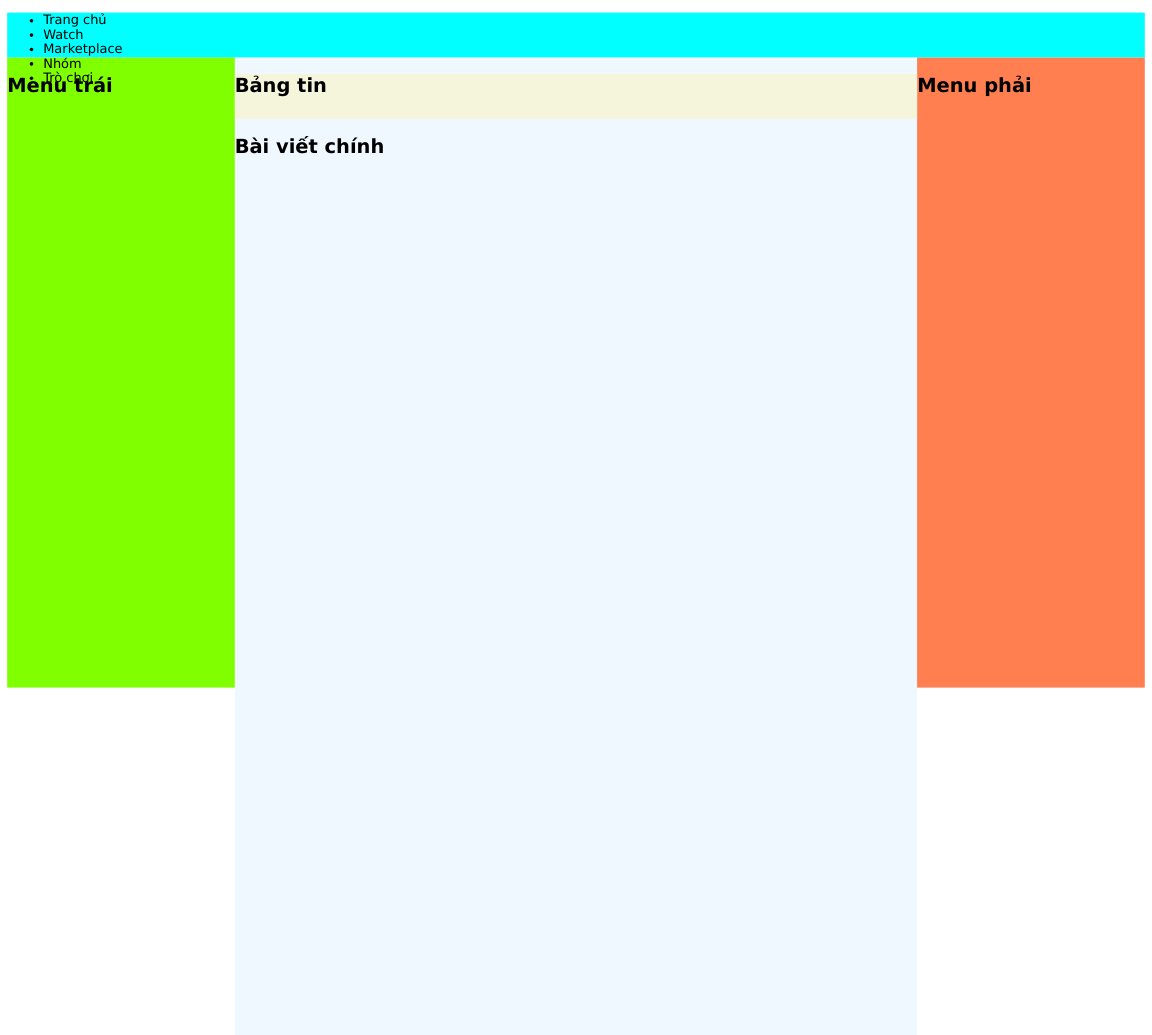
Repository: congle98/CSS_LayoutFacebookCoBan
Page: index.html
An editor plug-in stored every save of this project. The page is shown before and after the next save, followed by the edit.
The browser window is 1280 px wide. The pictures show the whole page, at 90% of full size.

Above is the page before, as saved 2021-05-26 15:40:34.

### index.html
<!DOCTYPE html>
<html lang="en">
<head>
    <meta charset="UTF-8">
    <meta http-equiv="X-UA-Compatible" content="IE=edge">
    <meta name="viewport" content="width=device-width, initial-scale=1.0">
    <title>Document</title>
    <style>
        body {
            font-family: Verdana,sans-serif;
            font-size: 0.9em;
        }
        header{
            top: 0px;
            background-color: cyan;
            width: 100%;
            height: 50px;

        }
        #sidebar-left{
            width: 20%;

            float: left;
            background-color: chartreuse;
            height: 700px;
        }
        section{
            float: left;
            width: 60%;
            background-color:aliceblue;
        }
        #sidebar-right{
            float: right;
            width: 20%;
            background-color:coral;
            height: 700px;
        }
        #article-1{
            padding-top: ;
            position:relative;
            height: 50px;
            background-color:beige;
        }
        #article-2{
            position:relative;
            height: 1000px;
        }

    </style>
</head>
<body>
    <header>
        <nav>
            <ul>
                <li>Trang chủ</li>
                <li>Watch</li>
                <li>Marketplace</li>
                <li>Nhóm</li>
                <li>Trò chơi</li>
            </ul>
        </nav>
    </header>
    <div id="sidebar-left">
        <h2>Menu trái</h2>
    </div>
    <section>
        <article id="article-1">
            <h2>Bảng tin</h2>
        </article>
        <article id="article-2">
            <h2>Bài viết chính</h2>
        </article>
    </section>
    <div id="sidebar-right">
        <h2>Menu phải</h2>
    </div>
</body>
</html>

After the next save:
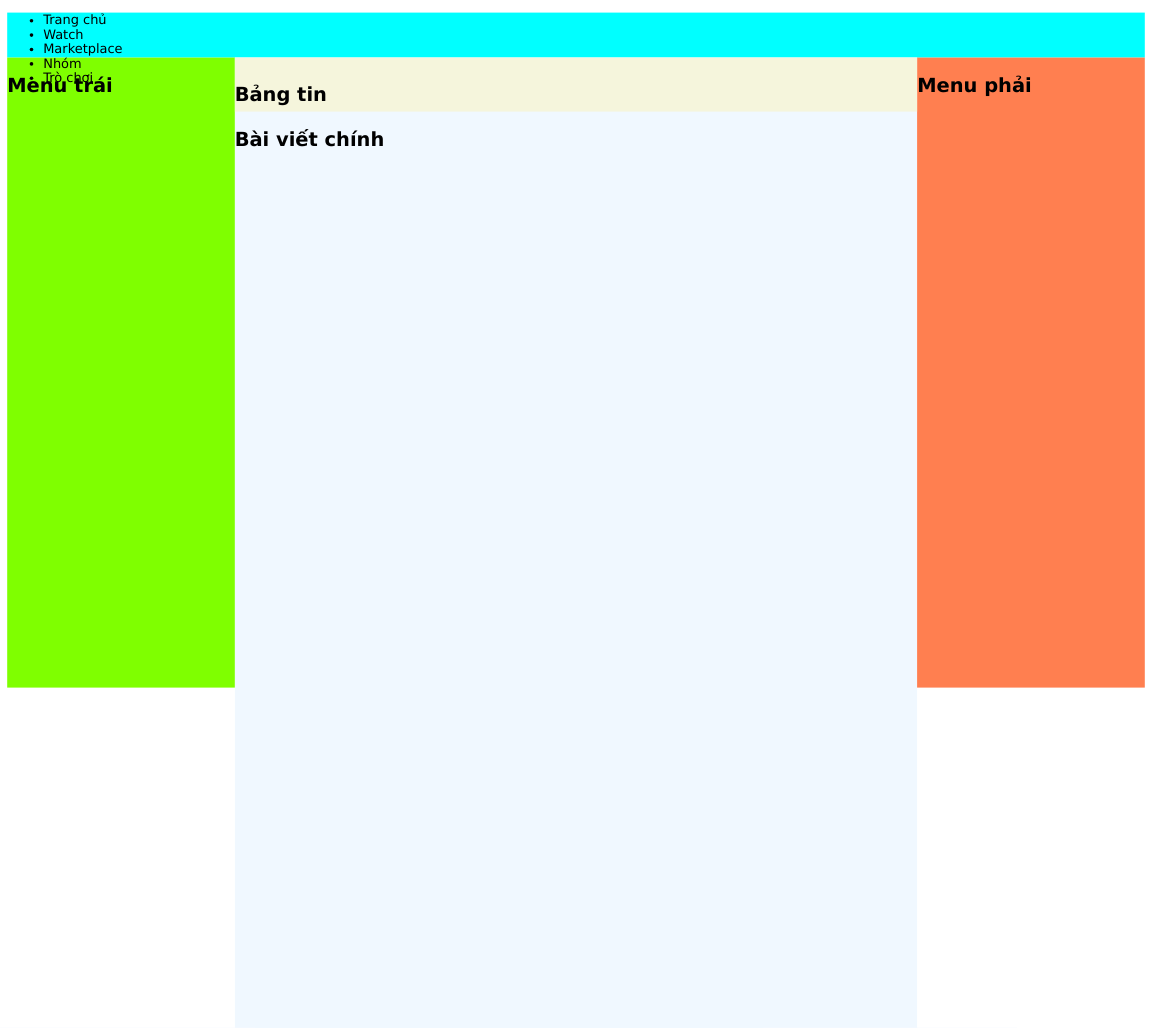
Saved 4 s later.
--- a/index.html
+++ b/index.html
@@ -36,7 +36,7 @@
             height: 700px;
         }
         #article-1{
-            padding-top: ;
+            padding-top: 10px;
             position:relative;
             height: 50px;
             background-color:beige;
